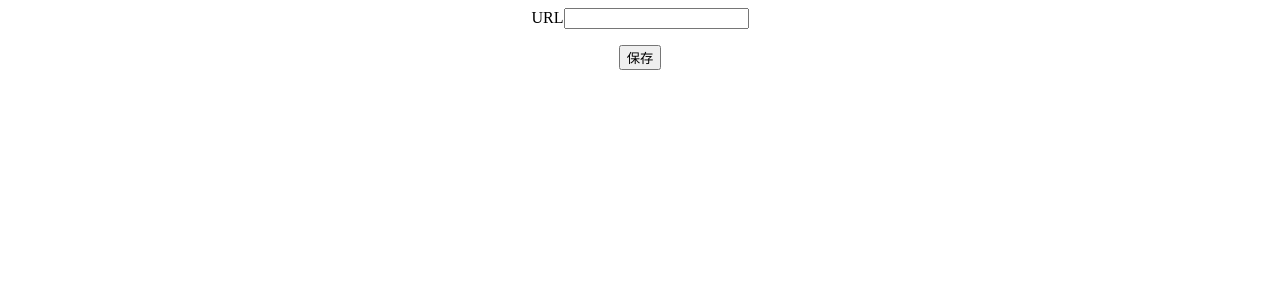
Repository: hosoe5039/file_download_program
Page: http://localhost/GetFile/complete.jsp
An editor plug-in stored every save of this project. The page is shown before and after the next save, followed by the edit.
The browser window is 1280 px wide. The pictures show the whole page.
The page is served by Tomcat 9.

Above is the page before, as saved 2020-11-13 10:06:20.

After the next save:
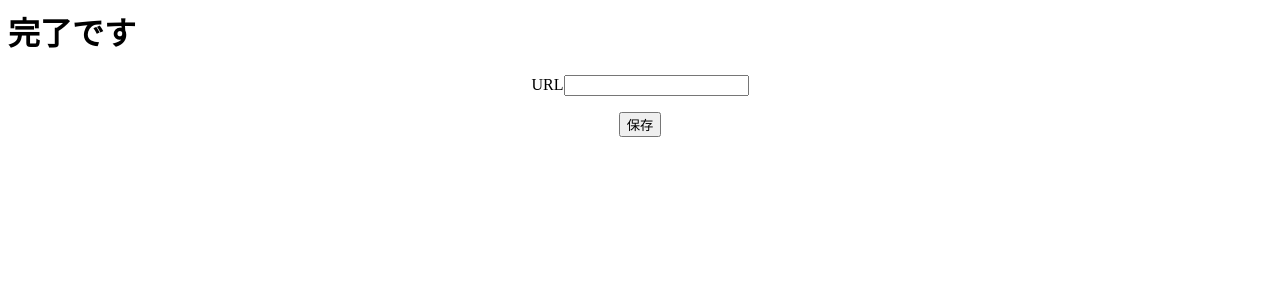
Saved 25 s later.
--- a/GetFile/src/main/webapp/complete.jsp
+++ b/GetFile/src/main/webapp/complete.jsp
@@ -1,6 +1,7 @@
 <%@ page language="java" contentType="text/html;charset=utf-8"%>
 <html>
 <body>
+	<h1>完了です</h1>
 
 	<form action="./GetFile" Method="post">
 		<div align="center"><p>URL<input type="text" name="URL"/></p></div>
